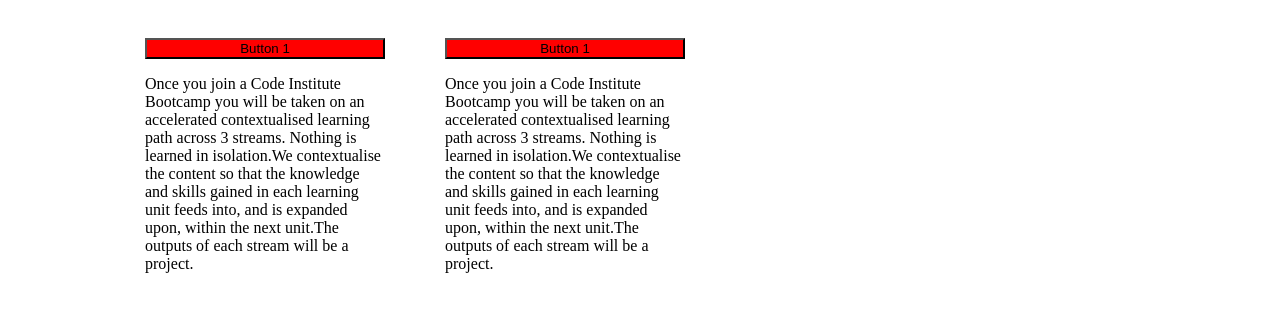
Repository: Lemoenskil/Method_Chaining_Challenge
Page: button.html
The author's editor kept a record of every edit. The page is drawn from the files as they stood at one moment, then again after the next edit.
The browser window is 1280 px wide. The pictures show the whole page.
After loading, the first visible `#button1` was clicked once.
Some web libraries are served in a nearby version.

Above is the page before.

After the next edit:
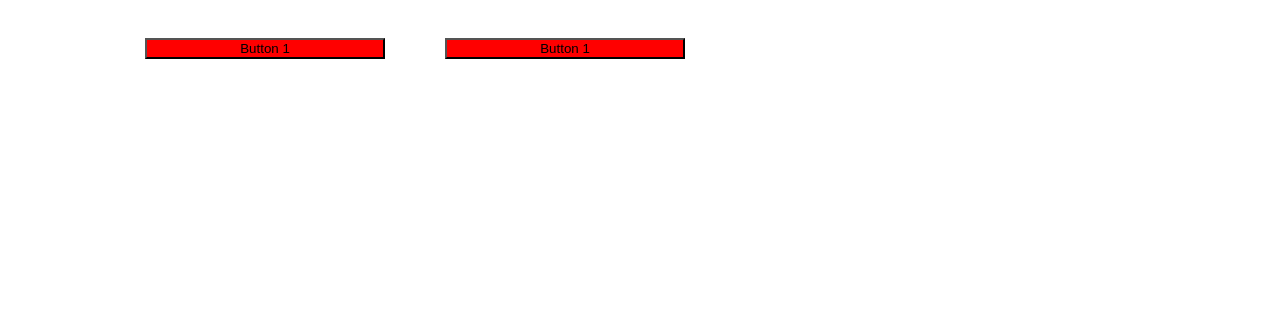
The edit:
--- a/js/script.js
+++ b/js/script.js
@@ -13,6 +13,9 @@
    $("#para1").hide("1000").show("1000")
 
  })
+ $("button").click(function() {
+     $("p").fadeIn().fadeOut()
+ })
 
 
 });
